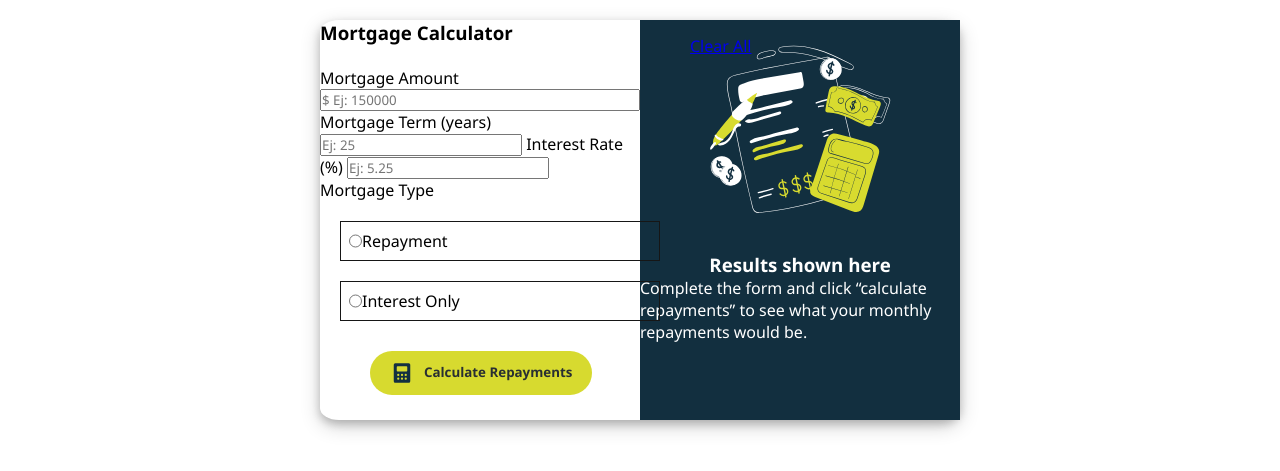
Repository: GravielPV/Mortgage-repayment-calculator
Page: index.html
An editor plug-in stored every save of this project. The page is shown before and after a run of saves, followed by the edit.
The browser window is 1280 px wide. The pictures show the whole page.

Above is the page before, as saved 2025-12-11 18:06:35.

After the next 2 saves:
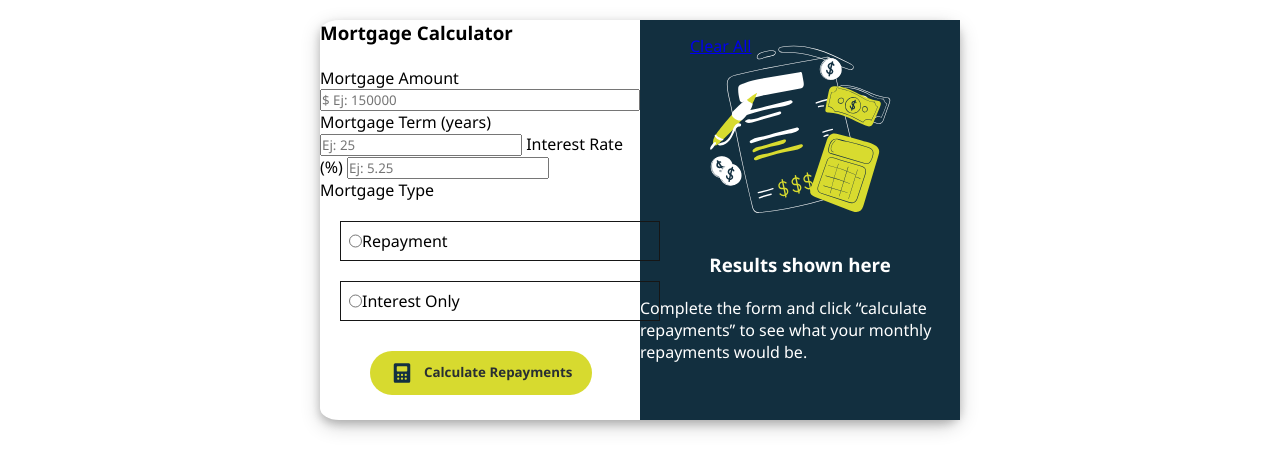
The 2 saves are shown as one change because they came seconds apart.
The last was saved 12 s later.
--- a/styles.css
+++ b/styles.css
@@ -102,7 +102,7 @@ a{
 
 .derecho h3{
     text-align: center;
-    margin-top: 20px;
+    margin: 20px 20px;
 }
 
 /* Este es el resultado */
